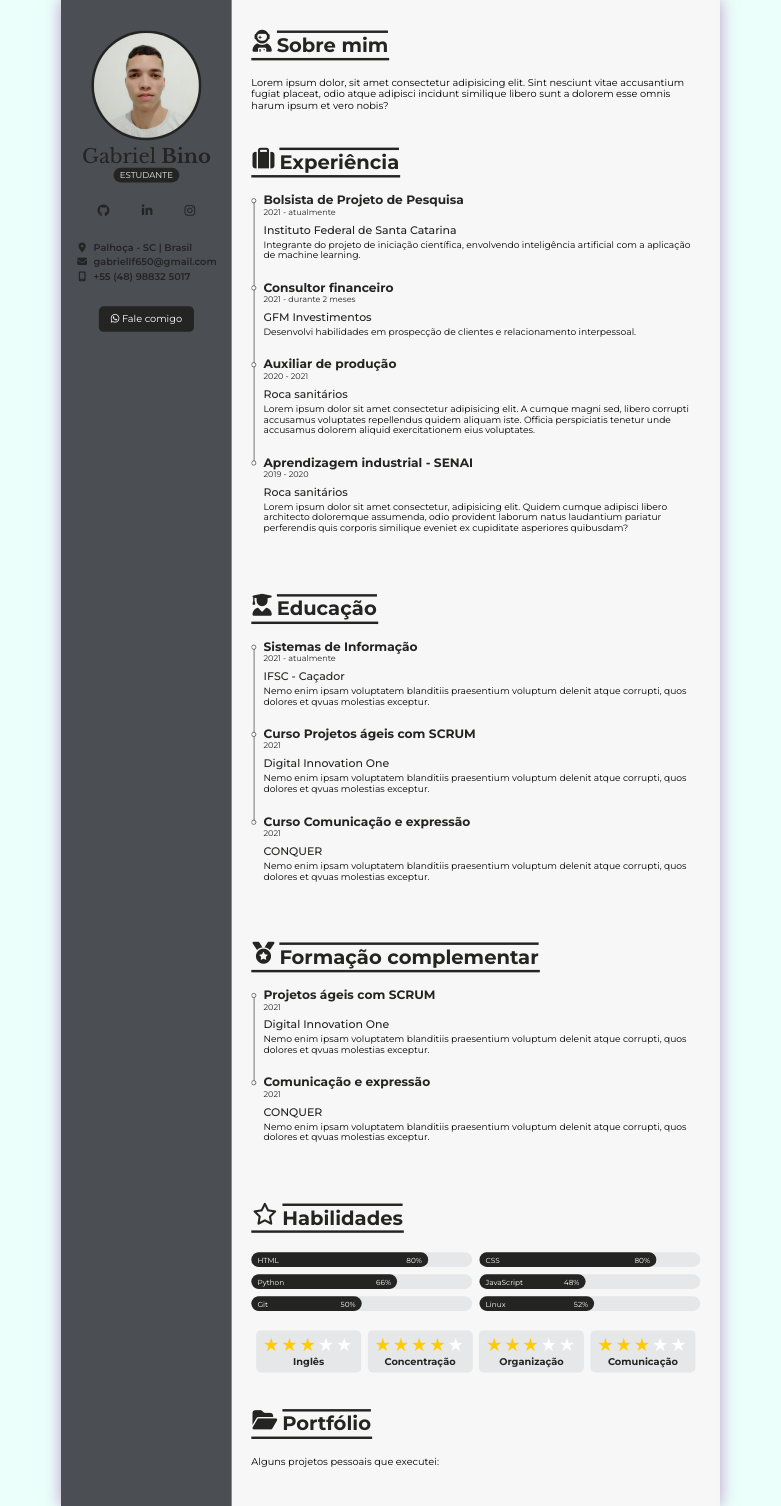
Repository: gabrielbino/curriculoResponsivo
Page: index.html
The author's editor kept a copy of each file at every save. The page is drawn from the files as they stood at one save, then again after the next save.
The browser window is 1280 px wide. The pictures show the whole page, at 61% of full size.
Some web libraries are served in a nearby version.

Above is the page before, as saved 2021-10-19 16:34:05.

After the next save:
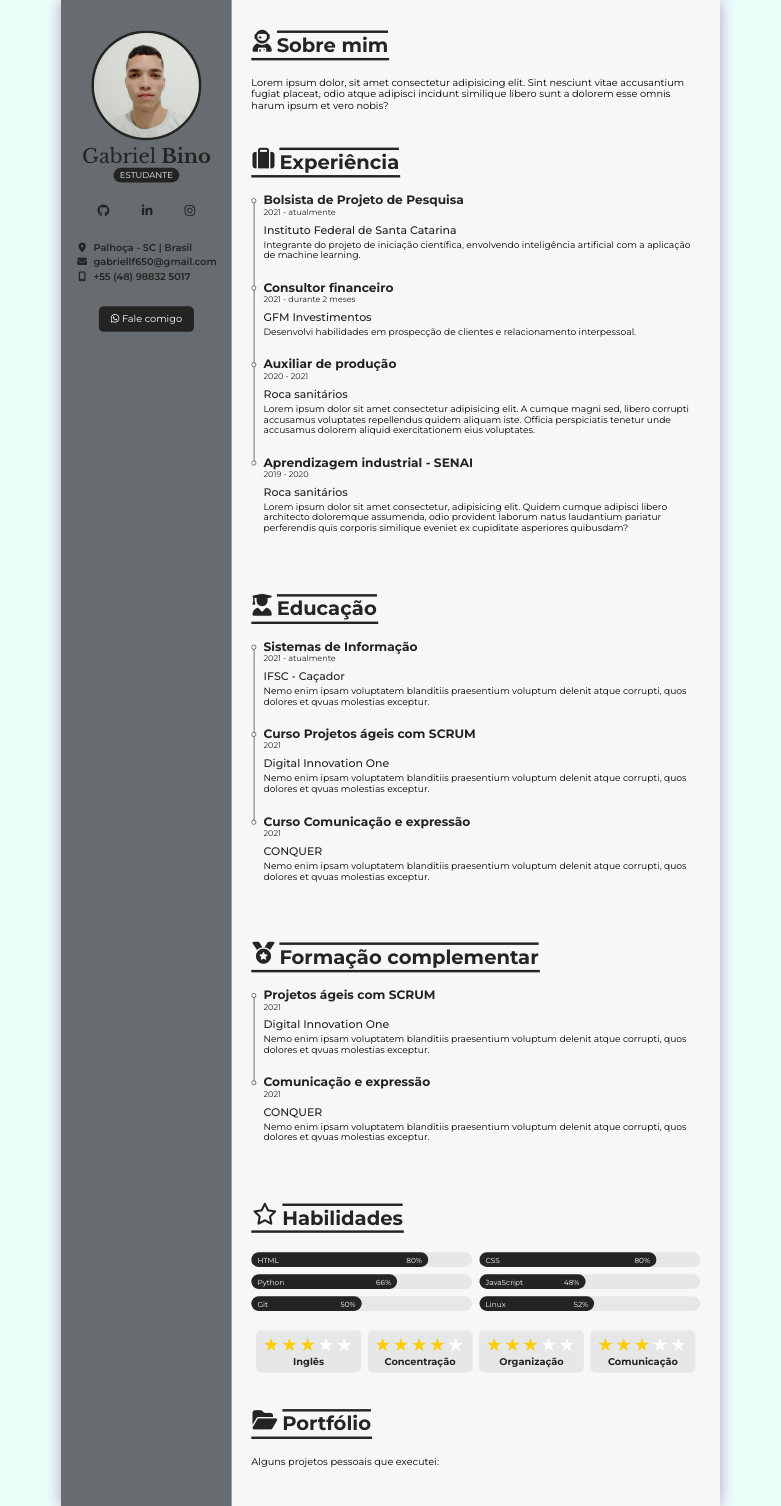
Saved 23 s later.
--- a/css/style.css
+++ b/css/style.css
@@ -25,7 +25,7 @@ main {
 }
 
 aside {
-  background-color: #4b4e53;
+  background-color: #4b4e53d3;
   padding: 50px 0 16px;
   width: 280px;
 }
